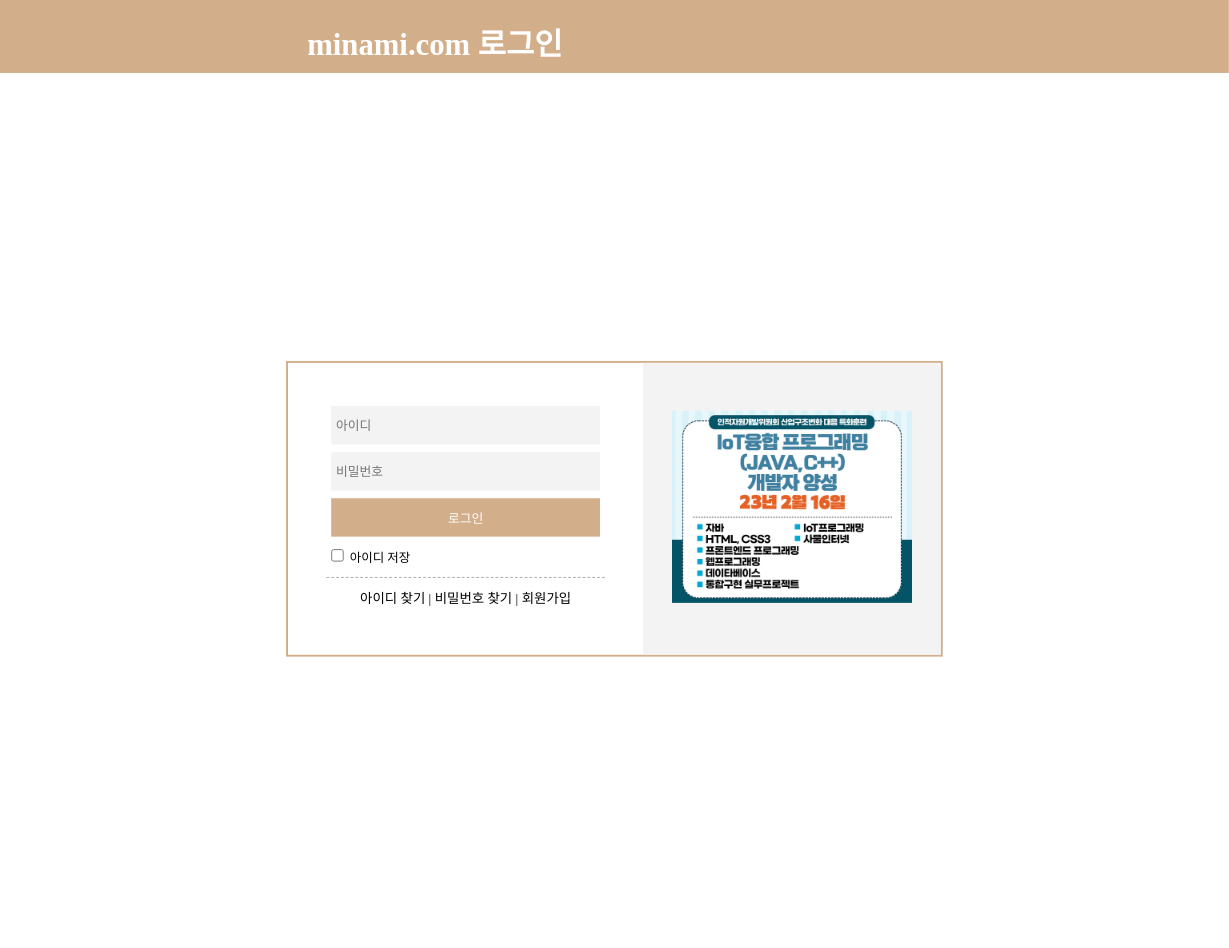
Repository: Minami0717/JSP_Study
Page: http://localhost/JSP_Gall/jsp/loginForm.jsp
The author's editor kept a copy of each file at every save. The page is drawn from the files as they stood at one save, then again after the next save.
The browser window is 1280 px wide. The pictures show the whole page, at 96% of full size.
The page is served by Tomcat 9. Other server files are loaded and not shown.

Above is the page before, as saved 2023-02-15 06:59:38.

### JSP_Gall/src/main/webapp/jsp/loginForm.jsp
<%@ page language="java" contentType="text/html; charset=UTF-8"
    pageEncoding="UTF-8"%>
<!DOCTYPE html>
<%
	String url = request.getParameter("url");
%>
<html>
<head>
<meta charset="UTF-8">
<title>Insert title here</title>
<style>
	* {margin: 0; padding: 0;}
	header {background: #d2af8a; padding: 20px 25% 10px;}
	header a {color: white;}
	header a:hover {text-decoration: none;}
	div[align=center] {display: inline-block; border: 2px solid #d2af8a; margin: 300px auto; font-size: 13px;}
	div[align=center] > div {float: right; background: #f3f3f3; padding: 50px 30px;}
	form {float: left; padding: 40px;}
	form div {border-top: 1px dashed #aaa; padding: 10px 0; font-size: 14px;}
	body {text-align: center;}
	input {margin: 3px;}
	.input {width: 270px; height: 40px; background: #f3f3f3; border: none; padding: 0 5px;}
	#login {width: 280px; height: 40px; background-color: #d2af8a;
	color: white; border: none; cursor: pointer;}
	.button {height: 30px;}
	a {text-decoration: none; color: black;}
	a:hover {text-decoration: underline;}
	img {width: 250px;}
	table tr:last-child td {padding: 5px 0 10px;}
</style>
</head>
<body>
	<header>
		<h1 align=left><a href=main.jsp>minami.com</a> <a href=>로그인</a></h1>
	</header>
	<div align=center>
		<form action="checkID.jsp?url=<%= url %>" method=post>
			<table>
				<tr>
					<td><input type=text placeholder="아이디" class=input name=code></td>
				</tr>
				<tr>
					<td><input type=password placeholder="비밀번호" class=input name=pw></td>
				</tr>
				<tr>
					<td><input type=submit value=로그인 id=login></td>
				</tr>
				<tr>
					<td><input type="checkbox"> 아이디 저장</td>
				</tr>
			</table>
			<div>
				<a href=#>아이디 찾기</a> | <a href=#>비밀번호 찾기</a> | <a href=joinForm.jsp>회원가입</a>
			</div>
		</form>
		<div>
			<a href=http://www.kcd.or.kr><img src=image/banner1.png></a>
		</div>
	</div>
</body>
</html>

After the next save:
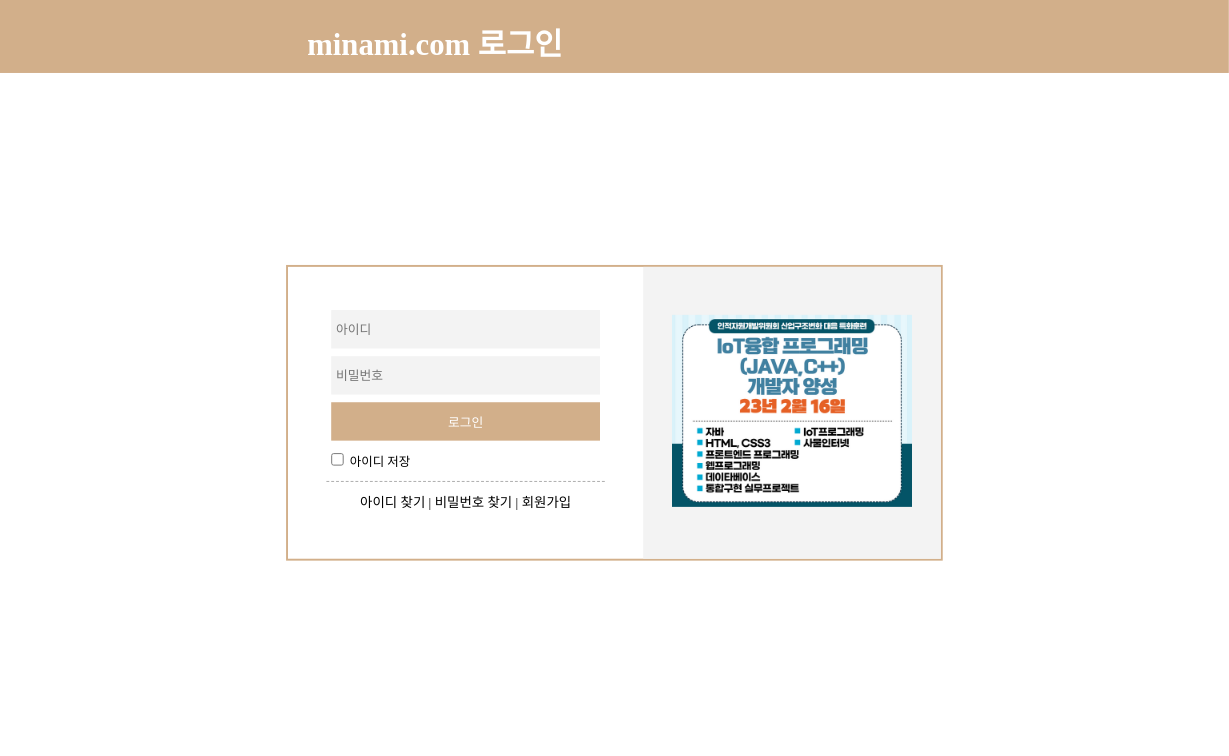
Saved 4 s later.
--- a/JSP_Gall/src/main/webapp/jsp/loginForm.jsp
+++ b/JSP_Gall/src/main/webapp/jsp/loginForm.jsp
@@ -13,7 +13,7 @@
 	header {background: #d2af8a; padding: 20px 25% 10px;}
 	header a {color: white;}
 	header a:hover {text-decoration: none;}
-	div[align=center] {display: inline-block; border: 2px solid #d2af8a; margin: 300px auto; font-size: 13px;}
+	div[align=center] {display: inline-block; border: 2px solid #d2af8a; margin: 200px auto; font-size: 13px;}
 	div[align=center] > div {float: right; background: #f3f3f3; padding: 50px 30px;}
 	form {float: left; padding: 40px;}
 	form div {border-top: 1px dashed #aaa; padding: 10px 0; font-size: 14px;}
